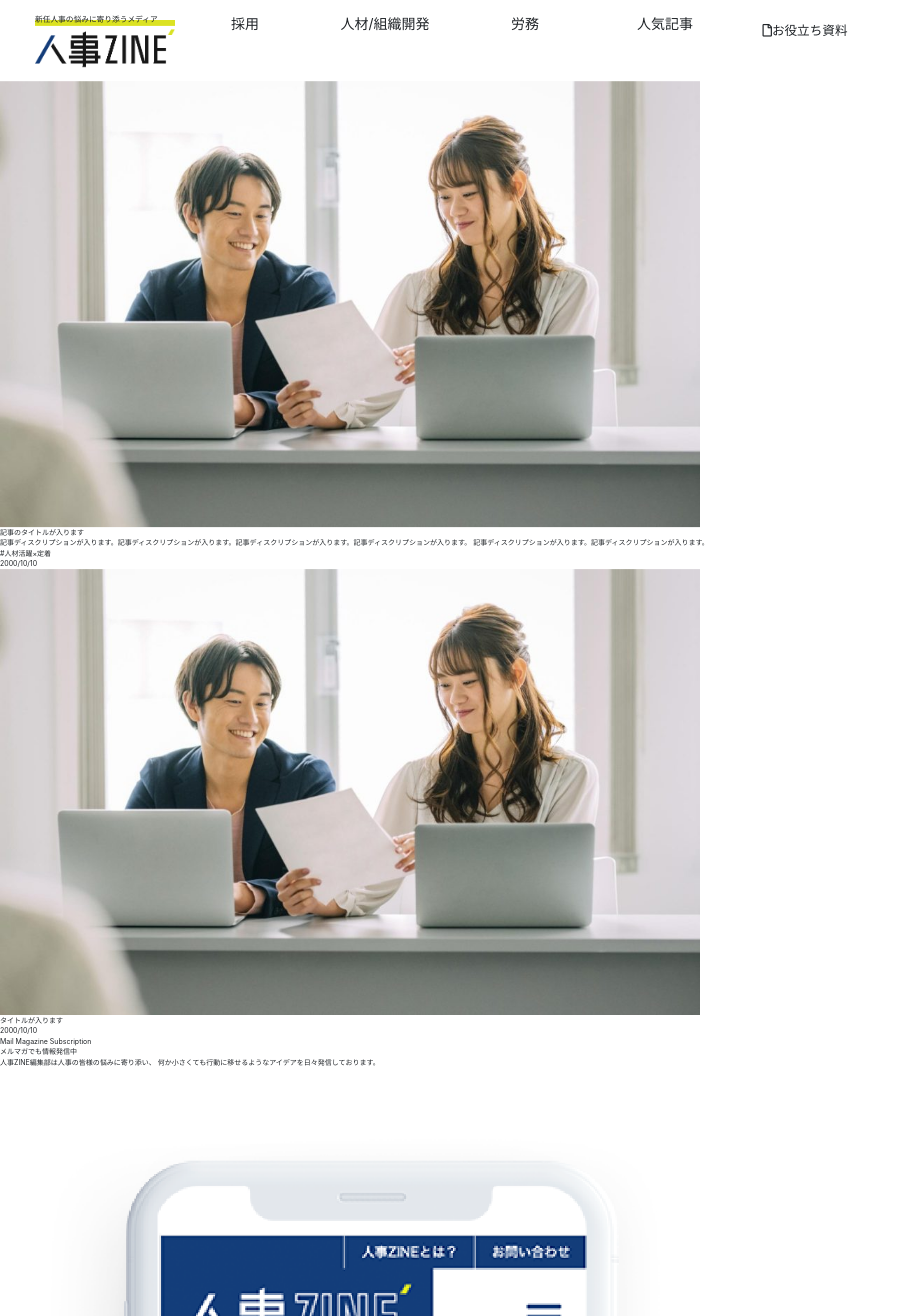
Repository: daisukey623/WpPractice
Page: http://localhost/index.html
The author's editor kept a copy of each file at every save. The page is drawn from the files as they stood at one save, then again after a run of saves.
The browser window is 1280 px wide. The page is 1290 px wide, so the pictures cover 1290 px, including what lies to the right of the window. The pictures show the part of the page from y = 0 to 1880 px (the page is 3071 px tall), at 70% of full size.
Some web libraries are served in a nearby version. The page is run by PHP 8.4 with error messages shown; the project is at /var/www/html/. Style sheets and scripts are compiled from the project's sources, by tool versions that may differ from the author's.

Above is the page before, as saved 2021-09-23 18:47:38.

After the next 3 saves:
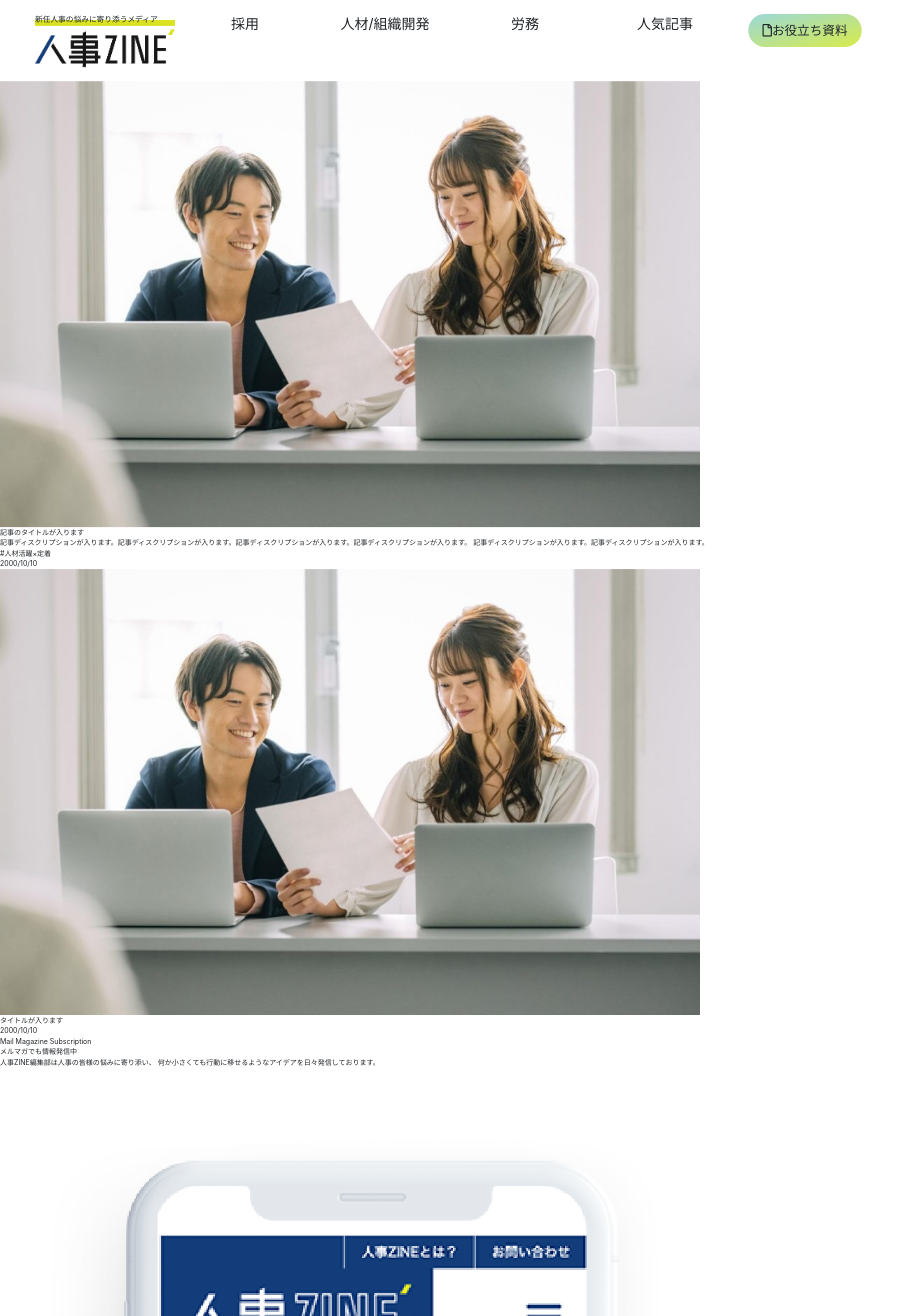
The 3 saves are shown as one change because they came seconds apart.
The last was saved 15 s later.
--- a/scss/_header.scss
+++ b/scss/_header.scss
@@ -20,7 +20,7 @@
         button{
           display: inline-block;
           // border: 4px solid #A2DBC6;
-          // background: linear-gradient(to right bottom, rgb(155, 217, 216), rgb(216, 235, 74));
+          background: linear-gradient(to right bottom, rgb(155, 217, 216), rgb(216, 235, 74));
           border-image-slice: 1;
           border-radius: 25px;
           font-size: 18px;

After the 2 saves that followed:
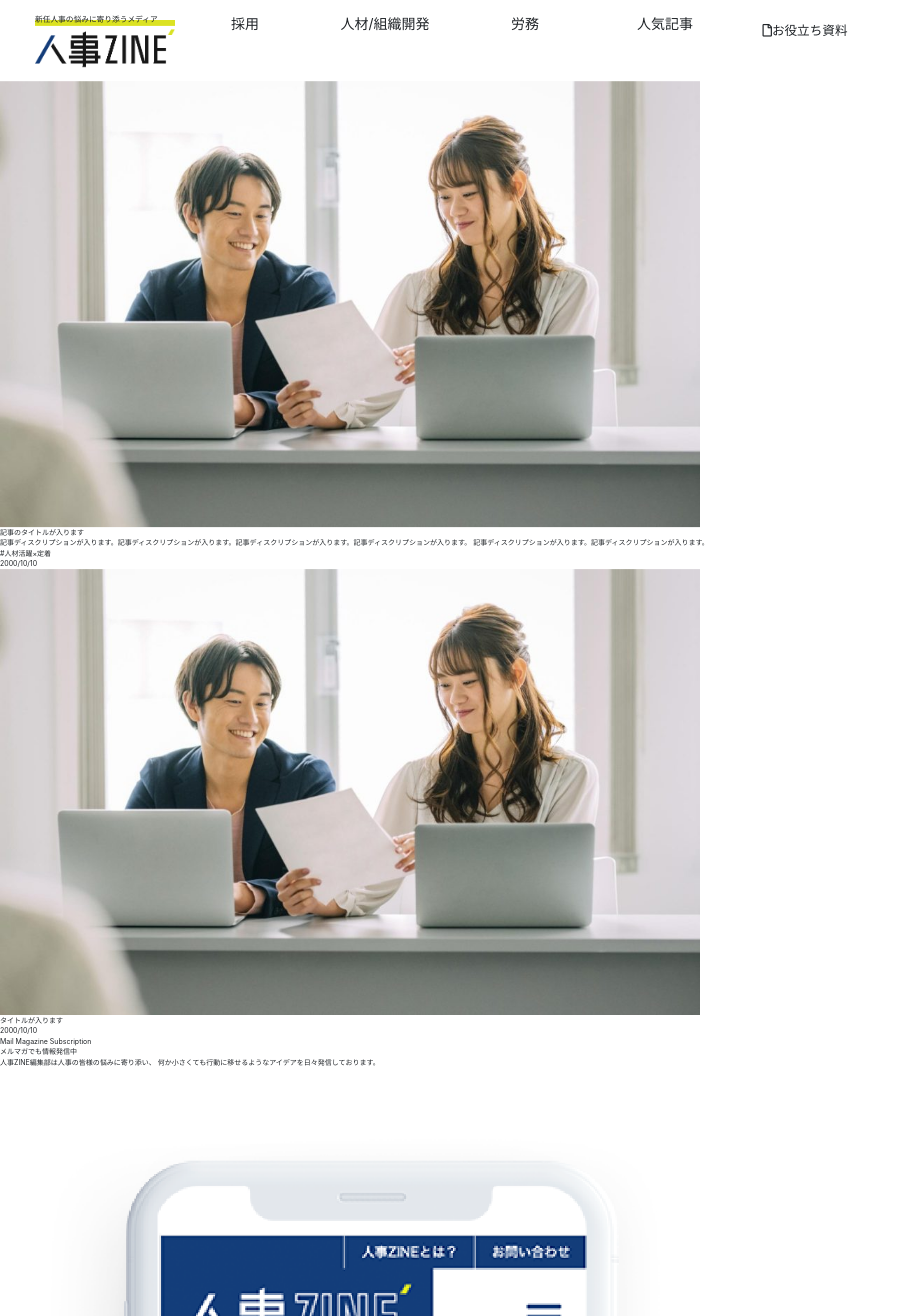
The 2 saves are shown as one change because they came seconds apart.
The last was saved 13 s later.
--- a/scss/_header.scss
+++ b/scss/_header.scss
@@ -20,7 +20,7 @@
         button{
           display: inline-block;
           // border: 4px solid #A2DBC6;
-          background: linear-gradient(to right bottom, rgb(155, 217, 216), rgb(216, 235, 74));
+          border-color: linear-gradient(to right bottom, rgb(155, 217, 216), rgb(216, 235, 74));
           border-image-slice: 1;
           border-radius: 25px;
           font-size: 18px;
